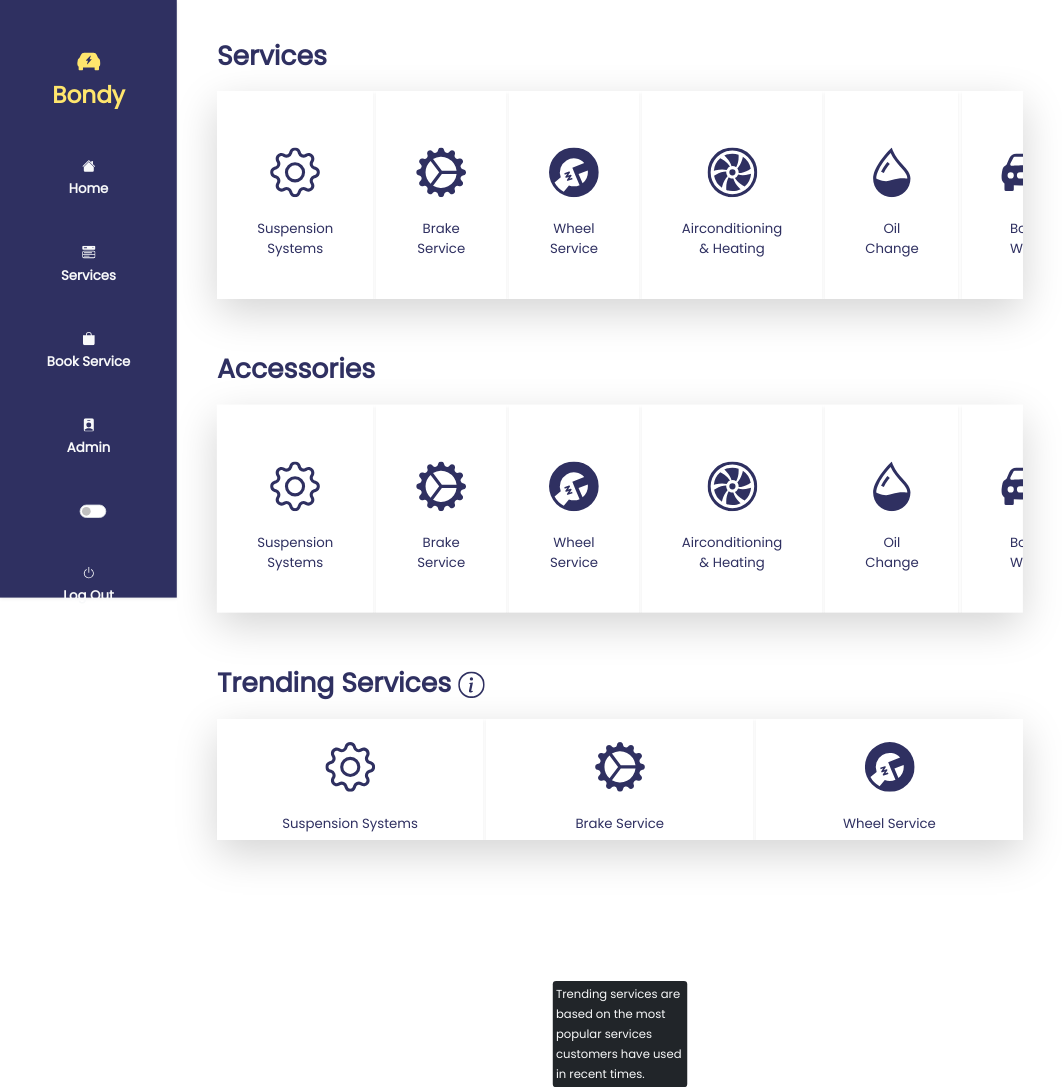
Repository: duzzisantos/bondy
Page: /, after clicking the first element matching `svg.bi-info-circle`
An editor plug-in stored every save of this project. The page is shown before and after the next save, followed by the edit.
The browser window is 1280 px wide. The pictures show the whole page, at 83% of full size.
Some web libraries are served in a nearby version. The project was rebuilt for these pictures with package versions that can differ from the ones it lists, and the page was loaded fresh each time. Also part of the build but not shown: src/components/Services/ServiceTemplate.tsx, src/data/mockData.ts, src/views/Services.tsx.

Above is the page before, as saved 2023-06-25 14:32:14.

### public/index.html
<!DOCTYPE html>
<html lang="en">
  <head>
    <meta charset="utf-8" />
    <link rel="icon" href="%PUBLIC_URL%/favicon.ico" />
    <meta name="viewport" content="width=device-width, initial-scale=1" />
    <meta name="theme-color" content="#000000" />
    <meta
      name="description"
      content="Web site created using create-react-app"
    />
    <link rel="apple-touch-icon" href="%PUBLIC_URL%/logo192.png" />
    <!-- Option 1: Include in HTML -->
    <link
      rel="stylesheet"
      href="https://cdn.jsdelivr.net/npm/bootstrap-icons@1.3.0/font/bootstrap-icons.css"
    />
    <link rel="preconnect" href="https://fonts.googleapis.com" />
    <link rel="preconnect" href="https://fonts.gstatic.com" crossorigin />
    <!--
      manifest.json provides metadata used when your web app is installed on a
      user's mobile device or desktop. See https://developers.google.com/web/fundamentals/web-app-manifest/
    -->
    <link rel="manifest" href="%PUBLIC_URL%/manifest.json" />
    <!--
      Notice the use of %PUBLIC_URL% in the tags above.
      It will be replaced with the URL of the `public` folder during the build.
      Only files inside the `public` folder can be referenced from the HTML.

      Unlike "/favicon.ico" or "favicon.ico", "%PUBLIC_URL%/favicon.ico" will
      work correctly both with client-side routing and a non-root public URL.
      Learn how to configure a non-root public URL by running `npm run build`.
    -->
    <title>Bondy</title>
  </head>
  <body>
    <noscript>You need to enable JavaScript to run this app.</noscript>
    <div id="root"></div>
    <!--
      This HTML file is a template.
      If you open it directly in the browser, you will see an empty page.

      You can add webfonts, meta tags, or analytics to this file.
      The build step will place the bundled scripts into the <body> tag.

      To begin the development, run `npm start` or `yarn start`.
      To create a production bundle, use `npm run build` or `yarn build`.
    -->
  </body>
</html>

### src/index.js
import React from "react";
import ReactDOM from "react-dom/client";
import "./index.css";
import App from "./App";
import "bootstrap/dist/css/bootstrap.min.css";
import { BrowserRouter as Router } from "react-router-dom";

const root = ReactDOM.createRoot(document.getElementById("root"));
root.render(
  <React.StrictMode>
    <Router>
      <App />
    </Router>
  </React.StrictMode>
);

### src/App.js
import "./App.css";
import "bootstrap";
import SideBar from "./components/Navigation/SideBar";
import { Routes, Route } from "react-router-dom";
import LandingPage from "./views/LandingPage";
import Services from "./views/Services";
function App() {
  return (
    <div className="App d-flex flex-row flex-nowrap vh-100">
      <SideBar />
      <main className="col-12 ms-auto d-flex flex-column vh-100">
        <Routes>
          <Route path="/" element={<LandingPage />} />
          <Route path="/home" element={<LandingPage />} />
          <Route path="services/:category" element={<Services />} />
        </Routes>
      </main>
    </div>
  );
}

export default App;

### src/App.css
@import url("https://fonts.googleapis.com/css2?family=Cabin&family=Montserrat:wght@200&family=Poppins&display=swap");

* {
  font-family: "Poppins", sans-serif;
}
.App {
  text-align: center;
}

.custom-color {
  color: #2f3061 !important;
}

.custom-bg-color {
  background-color: #2f3061;
}

.custom-border {
  border: 1px solid #2f3061;
}

.custom-border-5 {
  border-right-style: solid !important;
  border-right-width: 8px !important;
  border-right-color: #2f3061 !important;
}

.image-height {
  height: fit-content;
  width: fit-content;
}

### src/components/Navigation/SideBar.tsx
import React, { FunctionComponent, useState } from "react";
import "react-bootstrap";
import "../../App.css";
import "./Navigation.scss";
import { Link } from "react-router-dom";
import {
  HouseFill,
  BagFill,
  PersonBadgeFill,
  Power,
  EvFrontFill,
  MenuButtonWideFill,
  SunFill,
  MoonFill,
} from "react-bootstrap-icons";

const SideBar: FunctionComponent = () => {
  //Refactor this
  const [hoverHome, setHoverHome] = useState(false);
  const [hoverServices, setHoverServices] = useState(false);
  const [hoverBookService, setHoverBookService] = useState(false);
  const [hoverAdmin, setHoverAdmin] = useState(false);
  const [hoverLogout, setHoverLogout] = useState(false);

  const commonLinkClasses = `d-flex flex-column justify-content-center align-items-center p-1 gap-2 brand-icon-color
   text-decoration-none fw-bold`;

  return (
    <div className="col-2 vh-100 custom-bg-color shadow-sm p-5 text-light d-flex flex-column vstack gap-5 sidebar-fixed">
      <Link to={"/"} className={commonLinkClasses + " fs-3"}>
        <span>
          <EvFrontFill className="brand-icon-color" /> Bondy
        </span>
      </Link>
      <Link
        to={"/home"}
        id="home"
        className={`d-flex flex-column justify-content-center align-items-center p-1 gap-2 text-decoration-none fw-bold ${
          hoverHome ? "brand-icon-color" : "text-light"
        }`}
        onMouseEnter={() => setHoverHome(true)}
        onMouseLeave={() => setHoverHome(false)}
        title="Home"
      >
        <HouseFill />
        Home
      </Link>

      <Link
        to={"/services"}
        id="services"
        className={`d-flex flex-column justify-content-center align-items-center p-1 gap-2 text-decoration-none fw-bold ${
          hoverServices ? "brand-icon-color" : "text-light"
        }`}
        onMouseEnter={() => setHoverServices(true)}
        onMouseLeave={() => setHoverServices(false)}
        title="Services"
      >
        <MenuButtonWideFill />
        Services
      </Link>

      <Link
        to={"/book-service"}
        id="book-service"
        className={`d-flex flex-column justify-content-center align-items-center p-1 gap-2 text-decoration-none fw-bold ${
          hoverBookService ? "brand-icon-color" : "text-light"
        }`}
        onMouseEnter={() => setHoverBookService(true)}
        onMouseLeave={() => setHoverBookService(false)}
        title="Book Service"
      >
        <BagFill />
        Book Service
      </Link>

      <Link
        to={"/admin"}
        id="admin"
        className={`d-flex flex-column justify-content-center align-items-center p-1 gap-2 text-decoration-none fw-bold ${
          hoverAdmin ? "brand-icon-color" : "text-light"
        }`}
        onMouseEnter={() => setHoverAdmin(true)}
        onMouseLeave={() => setHoverAdmin(false)}
        title="Admin"
      >
        <PersonBadgeFill />
        Admin
      </Link>

      <div className="form-check form-switch px-5 d-flex flex-row flex-nowrap">
        <SunFill className="mx-auto mt-1" />
        <input
          className="form-check-input mx-auto"
          type="checkbox"
          role="switch"
          id="flexSwitchCheckChecked"
          title="Switch display mode"
        />
        <MoonFill className="mx-auto mt-1" />
      </div>

      <Link
        to={"/logout"}
        id="logout"
        className={`d-flex flex-column justify-content-center align-items-center p-1 gap-2 text-decoration-none fw-bold ${
          hoverLogout ? "brand-icon-color" : "text-light"
        }`}
        onMouseEnter={() => setHoverLogout(true)}
        onMouseLeave={() => setHoverLogout(false)}
        title="Logout"
      >
        <Power />
        Log Out
      </Link>
    </div>
  );
};

export default SideBar;

### src/views/LandingPage.tsx
import React, { FunctionComponent, useState } from "react";
import "../components/Home/LandingPage.scss";
import LandingPageScrollContainer from "src/components/Home/LandingPageScrollContainer";
import { servicesList } from "src/components/Home/landingPageContent";
import { InfoCircle } from "react-bootstrap-icons";
import TrendingServices from "src/components/Home/TrendingServices";

const LandingPage: FunctionComponent = () => {
  const handleClick = () => {
    console.log("This was clicked");
  };

  const [show, setShow] = useState(false);

  const displayInfo = () => {
    setShow(!show);
  };
  return (
    <div className="col-10 px-5 pt-5 py-5 ms-auto vh-100 vstack gap-5 d-flex flex-column align-items-center">
      <LandingPageScrollContainer
        content={servicesList}
        category="Services"
        handleClick={handleClick}
        extraClass="p-5"
        extraElement={null}
      />
      <LandingPageScrollContainer
        content={servicesList}
        category="Accessories"
        handleClick={handleClick}
        extraClass="p-5"
        extraElement={null}
      />
      <LandingPageScrollContainer
        content={servicesList.reverse().slice(0, 3)}
        category="Trending Services"
        handleClick={handleClick}
        extraClass="p-2"
        extraElement={<InfoCircle onClick={displayInfo} />}
      />
      {show && <TrendingServices />}
    </div>
  );
};

export default LandingPage;

### src/components/Navigation/Navigation.scss
.brand-icon-color {
  color: #ffe66d !important;
}

.sidebar-fixed {
  position: fixed !important;
}

### src/components/Home/LandingPage.scss
.scroll-container-fixed {
  position: fixed !important;
}

.scroll-container-size {
  height: 330px !important;
}

.scroller {
  overflow: auto !important;
  scrollbar-width: none !important;
}

.scroller::-webkit-scrollbar {
  display: none !important;
}
.service-card {
  height: 270px !important;
}

.service-icon-font {
  font-size: 60px !important;
}

### src/components/Home/LandingPageScrollContainer.tsx
import React, { FunctionComponent } from "react";
import "../../App.css";
import { Link } from "react-router-dom";

interface ScrollContainerProps {
  content: any[];
  category: string;
  handleClick: any;
  extraClass: string;
  extraElement: any;
}
const LandingPageScrollContainer: FunctionComponent<ScrollContainerProps> = ({
  content,
  category,
  handleClick,
  extraClass,
  extraElement,
}) => {
  return (
    <section className="col-6 w-100 scroll-container-size">
      <h2 className="text-start mb-4 custom-color fw-bold">
        {category} {extraElement}
      </h2>
      <div className="overflow-x-auto d-flex flex-row hstack gap-1 shadow-lg scroller">
        {content.map((element, index) => (
          <Link
            to={`/services/${element.category}`}
            key={index}
            className={`text-decoration-none w-100 shadow-sm d-flex flex-column vstack gap-3 ${extraClass}`}
            onClick={handleClick}
            title={element.category}
          >
            <span className={`service-icon-font custom-color`}>
              {element.icon}
            </span>
            <span className="custom-color">{element.category}</span>
          </Link>
        ))}
      </div>
    </section>
  );
};

export default LandingPageScrollContainer;

### src/components/Home/landingPageContent.tsx
import React from "react";
import {
  Gear,
  GearWideConnected,
  WrenchAdjustableCircleFill,
  Fan,
  DropletHalf,
  CarFrontFill,
} from "react-bootstrap-icons";
export const servicesList = [
  {
    id: 1,
    category: "Suspension Systems",
    icon: <Gear />,
  },
  {
    id: 2,
    category: "Brake Service",
    icon: <GearWideConnected />,
  },
  {
    id: 3,
    category: "Wheel Service",
    icon: <WrenchAdjustableCircleFill />,
  },
  {
    id: 4,
    category: "Airconditioning & Heating",
    icon: <Fan />,
  },
  {
    id: 5,
    category: "Oil Change",
    icon: <DropletHalf />,
  },
  {
    id: 6,
    category: "Body Work",
    icon: <CarFrontFill />,
  },
];

### src/components/Home/TrendingServices.tsx
import React, { FunctionComponent } from "react";

const TrendingServices: FunctionComponent = () => {
  return (
    <div className="col-sm-2 bg-dark text-light rounded-1 text-start p-1">
      <small>
        Trending services are based on the most popular services customers have
        used in recent times.
      </small>
    </div>
  );
};

export default TrendingServices;

Loaded but not shown: src/index.css (common file)

After the next save:
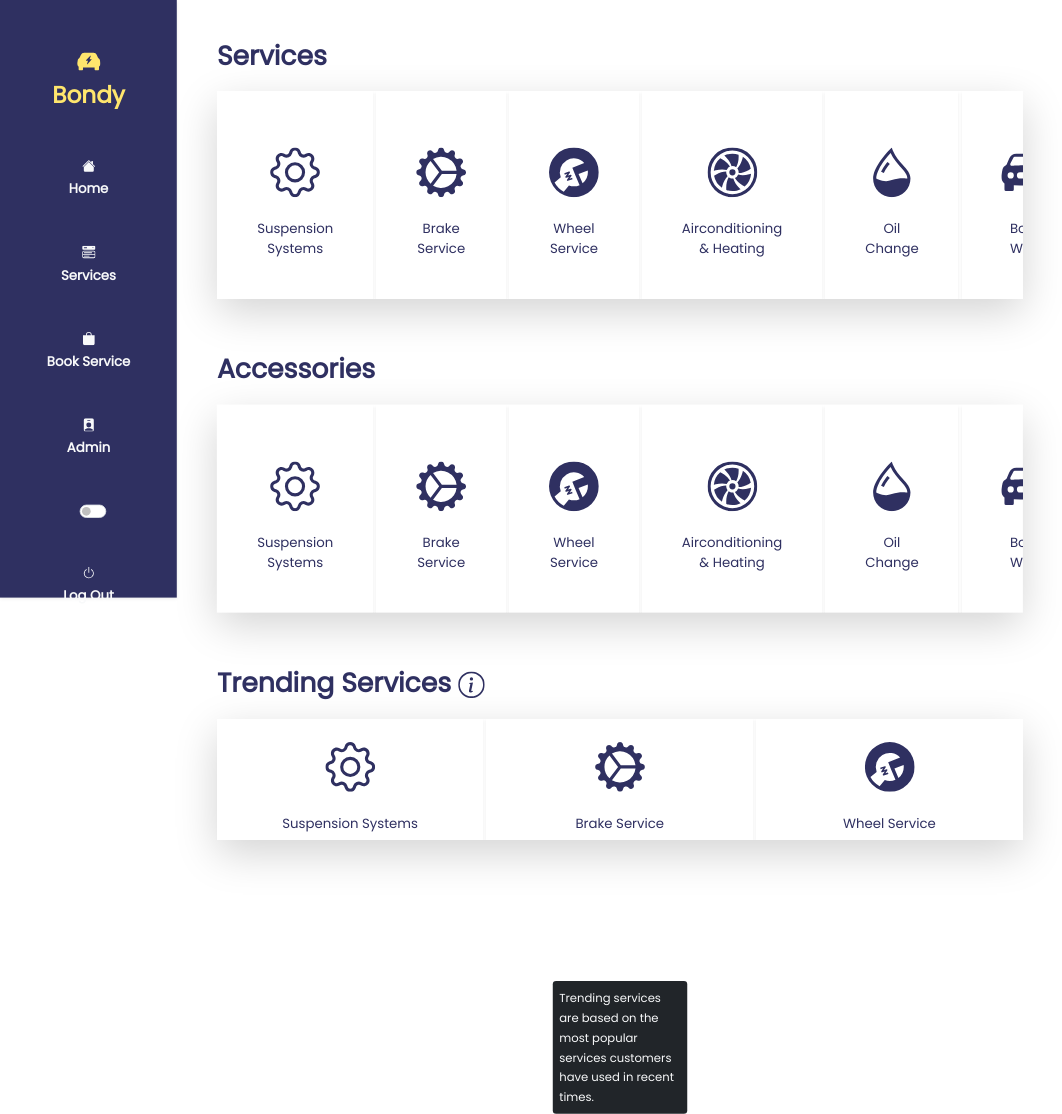
Saved 9 s later.
--- a/src/components/Home/TrendingServices.tsx
+++ b/src/components/Home/TrendingServices.tsx
@@ -2,7 +2,7 @@ import React, { FunctionComponent } from "react";
 
 const TrendingServices: FunctionComponent = () => {
   return (
-    <div className="col-sm-2 bg-dark text-light rounded-1 text-start p-1">
+    <div className="col-sm-2 bg-dark text-light rounded-1 text-start p-2">
       <small>
         Trending services are based on the most popular services customers have
         used in recent times.
